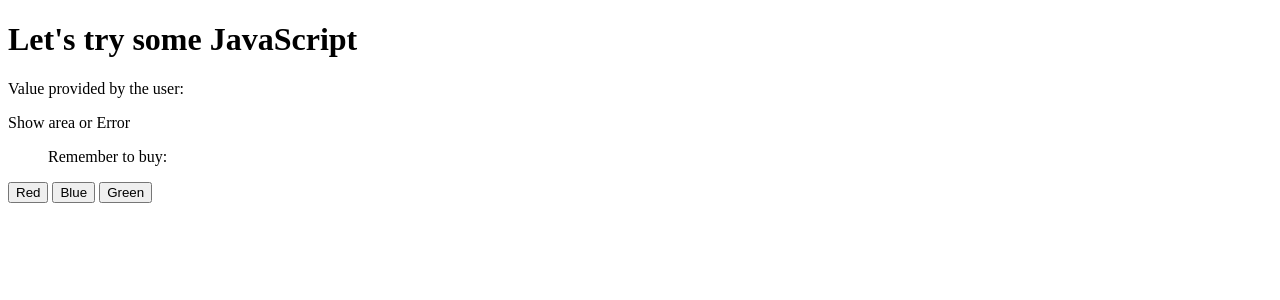
Repository: liulian26/CS5610
Page: week5/week5-index.html
An editor plug-in stored every save of this project. The page is shown before and after the next save, followed by the edit.
The browser window is 1280 px wide. The pictures show the whole page.

Above is the page before, as saved 2025-02-06 12:41:07.
Console error: TypeError: Cannot read properties of null (reading 'addEventListener')

After the next save:
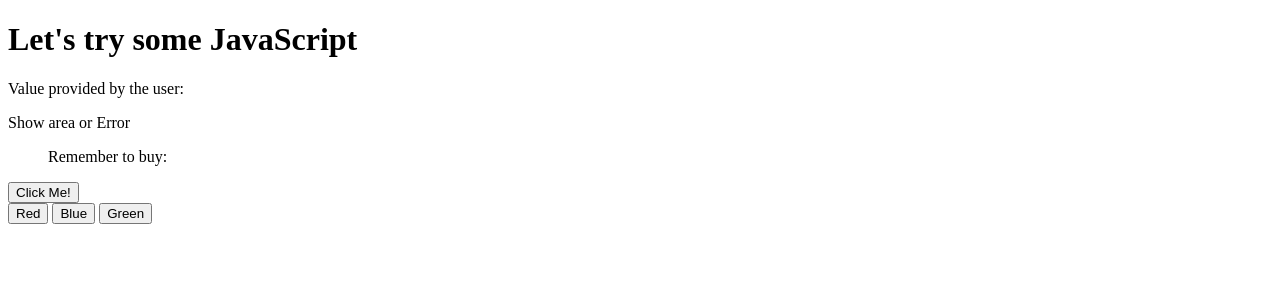
The error is gone.
Saved 2 min 40 s later.
--- a/week5/week5-index.html
+++ b/week5/week5-index.html
@@ -13,7 +13,7 @@
     <p id="radius">Value provided by the user:</p>
     <p id="result">Show area or Error</p>
     <ul class="shopping"> Remember to buy:</ul>
-    <!-- <button id="updateImage">Click Me!</button> --->
+    <button id="updateImage">Click Me!</button>
     <!-- <img id="shoppingCart"> -->
     <div class="buttonContainer">
       <button>Red</button>
--- a/week5/js/main.js
+++ b/week5/js/main.js
@@ -75,6 +75,9 @@ function populateShoppingList(shoppingListItems) {
 
 
 const button = document.querySelector("#updateImage");
+// check the storage for its text
+const buttonText = localStorage.getItem("buttonText");
+console.log(buttonText);
 function changeButtonText() {
     // will be called when user clicks the button
     // change the text
@@ -83,7 +86,7 @@ function changeButtonText() {
     } else if (button.innerText === "Cliked!") {
        button.innerText = "Clik Me!";
     }
-    localStorage.setItem("buttonText", "Clik Me!");
+    localStorage.setItem("buttonText", button.innerText);
     // if I want only call one time
     // button.removeEventListener("click", changeButtonText);
 }
